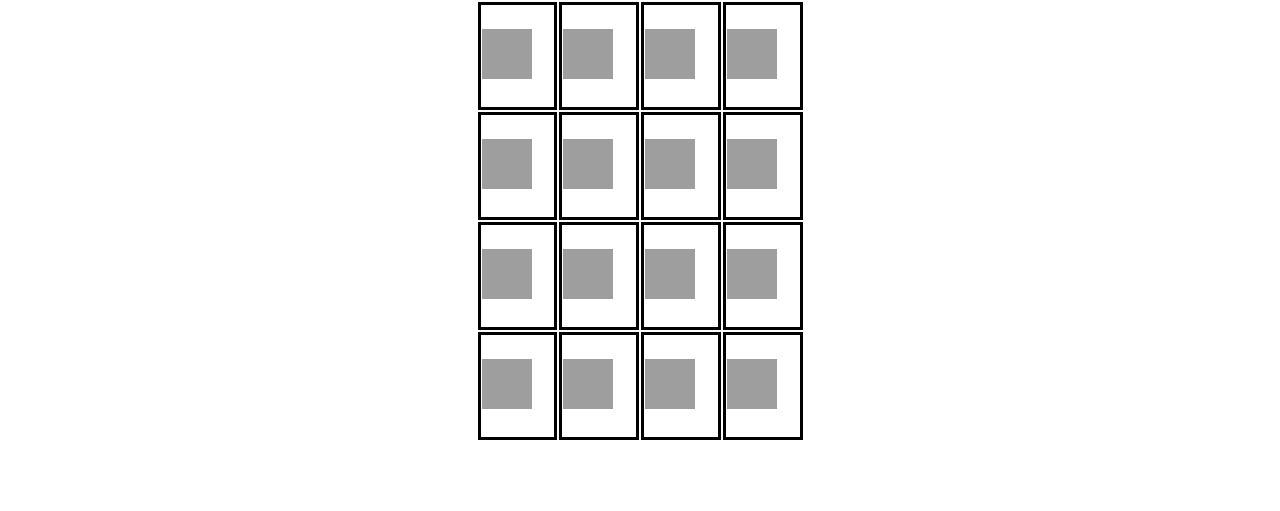
Repository: ed222gg/1dv403-laborationer-1
Page: 3-gameon/memory/index.html
The author's editor kept a record of every edit. The page is drawn from the files as they stood at one moment, then again after the next edit.
The browser window is 1280 px wide. The pictures show the whole page.
Pictures or frames that could not be fetched are drawn as grey boxes.

Above is the page before.

### 3-gameon/memory/index.html
<!doctype html>
<html lang="sv">

<head>
    <meta charset="utf-8" name="viewport" content="width=device-width, initial-scale=1.0" />
    <title>Memory</title>
    <link rel="stylesheet" type="text/css" href="css/style.css" />
</head>
<header>
    <!--  <img src="mezzy.jpg" alt="logga"> -->
</header>

<body>
    <main>

        <div id="cards">


        </div>

        <table id="grid">

        </table>

        <div id="points">

        </div>




    </main>
    <footer>

    </footer>
    <script src="script/Memory.js" type="text/javascript"></script>
    <script src="script/random.js" type="text/javascript"></script>
</body>

</html>

### 3-gameon/memory/css/style.css
header {}
body {

width: 329px;
margin: 0px auto;
}
img{
  width: 50px;
    height: 50px;

}

#points{}

#cards{}


.rowClass{
 border-style: solid;
    width: 50px;


}

.colClass{
     /*cursor: pointer;*/
   border-style: solid;
    width: 100px;
    height: 100px;


}

### 3-gameon/memory/script/Memory.js
"use strict"; //objekt.metod/egenskap(argument)

var Memory = {
                // 2,2,4,1,0,3,1,3,4
    memoryArray: [],
    imgTagArray: [],
    count: 0,
    init: function() {
        var board = document.getElementById("grid");

        Memory.memoryArray.push(RandomGenerator.getPictureArray(4, 4));
        console.log(Memory.memoryArray);
        Memory.memoryBoard(4, 4, Memory.memoryArray);
        // Memory.click(Memory.MemoryArray);


        var colClassList = document.querySelectorAll(".colClass"); // samlar alla element med classen colclass i en lista

       // board.addEventListener("click", function(){ Memory.click(colClassList); }); // skapar klickevent till board

        // Lopar längden av alla element i colClassen, kallar på eventclick, vi kallar på eventklick
        //för att jag inte få ha en funktion inuti en loop för då blir i alltid fel nummer.
        for (var i = 0; i < colClassList.length; i++) {
            eventClick(i);
        }
        // funktion som vi kallar på i forlopen ovan, den lägger en eventlistener på alla element i colClassList
        function eventClick(locationId){
             colClassList[locationId].addEventListener("click", function() {
                Memory.count ++;
                console.log(Memory.count);

                Memory.click(Memory.memoryArray[0][locationId], locationId);// Kallar på memory.click och skickar med bildnummret från arrayen memoryArray samt locationId som är ett ökande nummer
              //Memory.click(Memory.memoryArray[0][locationId],  Memory.imgTagArray[locationId]);
            });
        }

    },

    click: function(picId, locationId /*img*/){ // skickar med colclasslist till click funktion


        Memory.imgTagArray[locationId].setAttribute("src", "pics/"+picId+".png"); // sätter nya bilder med bildnumret från picId på rätt plats i imgTagArrayen
        //img.setAttribute("src", "pics/"+picId+".png")

         setTimeout(function(){
        Memory.imgTagArray[locationId].setAttribute("src", "pics/0.png");

         }, 1000);

    },
   //  timer: function(locationId){
        //  Memory.imgTagArray[locationId].setAttribute("src", "pics/0.png");

   //  },


    memoryBoard: function(rows, cols, memoryArray){
        var grid = document.getElementById("grid");
        var cards = document.getElementById("cards");
        var i = undefined;
        var j = undefined;
        var row = undefined;
        var col = undefined;
        var img = undefined;
        var tiledflipped = 0;
        var output = '';
        var a = undefined;

        for (i = 0; i < rows; i++){

            row = document.createElement("tr");
            for (j = 0; j < cols ; j++) {
                //skapar element
                col = document.createElement("td");
                img = document.createElement("img");
                a = document.createElement("a"); // skapar en a tagg

                Memory.imgTagArray.push(img); // lägger in (pushar in) img elementet i en array med namnet imgTagArray
                //Sätter egenskaper
                a.setAttribute("href", "#");
                img.setAttribute("src", "pics/0.png");
                col.setAttribute("class", "colClass"); //mina kort

                //Lägger till dom till HTML-sidan
                a.appendChild(img);
                col.appendChild(a);
                row.appendChild(col);

            }
            row.setAttribute("class", "rowClass");
            grid.appendChild(row);

        }

    },



};



//När sidan har laddads in så anropas init.
window.onload = Memory.init;

### 3-gameon/memory/script/random.js
"use strict";
var RandomGenerator = {

	/*
		Denna metod tar antalet rader och columner som inparameter.

		Metoden returnerar en array inneh�llandes utslumpade tal mellan 1 och (rows*cols)/2. Varje tal representeras tv�
		g�nger och motsvarar s�ledes en spelbricka.

		I en 4*4 matris kan Arrayen t.ex. se ut s� h�r:
		[1,2,6,8,6,2,5,3,1,3,7,5,8,4,4,7]

		I en 2*4 matris kan Arrayen t.ex. se ut s� h�r:
		[3,4,4,1,2,1,2,3]
	*/

	getPictureArray: function(rows, cols)
	{
		var numberOfImages = rows*cols;
		var maxImageNumber = numberOfImages/2;

	   	var imgPlace = [];

	   //Utplacering av bilder i Array
	   for(var i=0; i<numberOfImages; i++)
		  imgPlace[i] = 0;

		for(var currentImageNumber=1; currentImageNumber<=maxImageNumber; currentImageNumber++)
		{
			var imageOneOK = false;
			var imageTwoOK = false;

			do
			{
				if(imageOneOK == false)
				{
					var randomOne = Math.floor( (Math.random() * (rows*cols-0) + 0) );

					if( imgPlace[randomOne] == 0 )
					{
						imgPlace[randomOne] = currentImageNumber;
						imageOneOK = true;
					}
				}

				if(imageTwoOK == false)
				{
					var randomTwo = Math.floor( (Math.random() * (rows*cols-0) + 0) );

					if( imgPlace[randomTwo] == 0 )
					{
						imgPlace[randomTwo] = currentImageNumber;
						imageTwoOK = true;
					}
				}
			}
			while(imageOneOK == false || imageTwoOK == false);
		}

		return imgPlace;
	}
}

After the next edit:
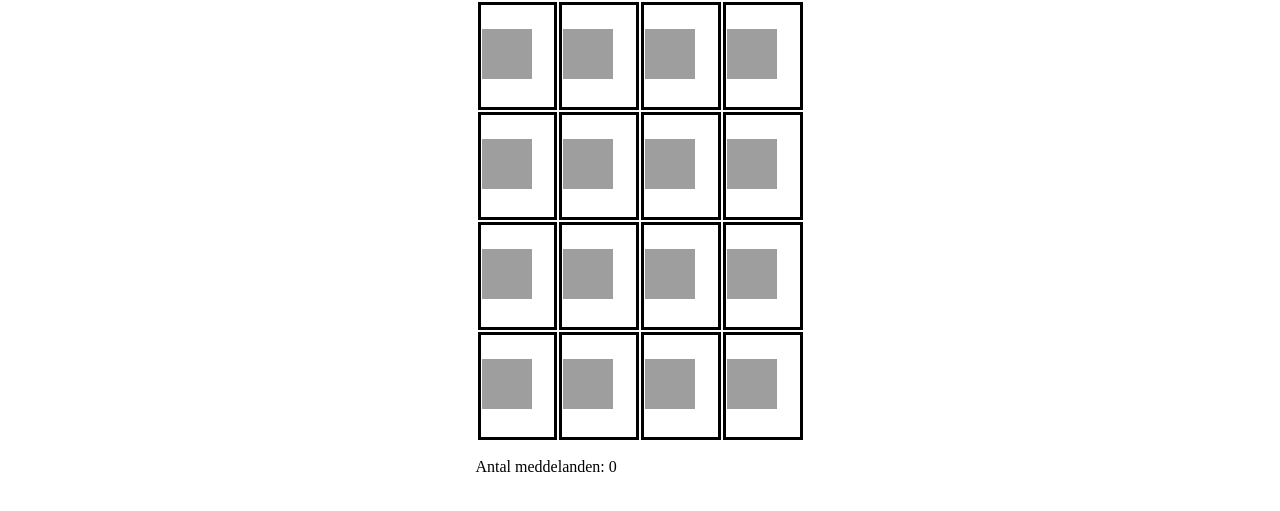
The edit:
--- a/3-gameon/memory/index.html
+++ b/3-gameon/memory/index.html
@@ -27,6 +27,11 @@
         </div>
 
 
+            <p id="count">Antal meddelanden: 0</p>
+
+        </div>
+
+
 
 
     </main>
